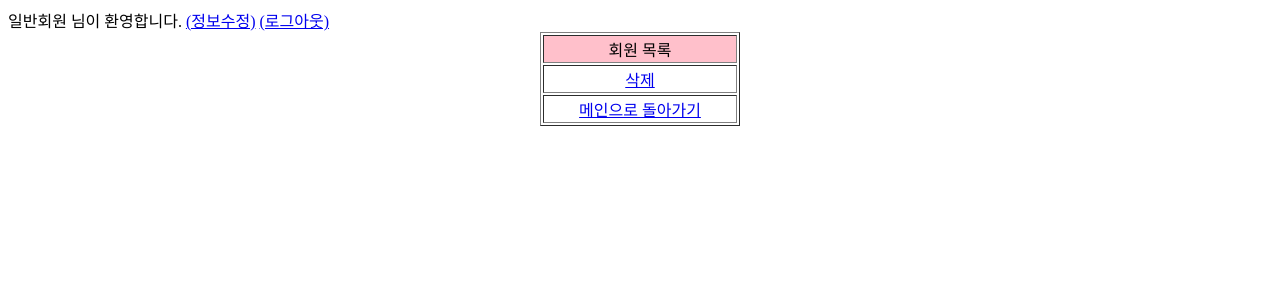
Repository: rumor1993/KH1
Page: http://localhost/Board/member/member_list.jsp
An editor plug-in stored every save of this project. The page is shown before and after the next save, followed by the edit.
The browser window is 1280 px wide. The pictures show the whole page.
The page is served by Tomcat 9.

Above is the page before, as saved 2018-05-08 02:20:49.

After the next save:
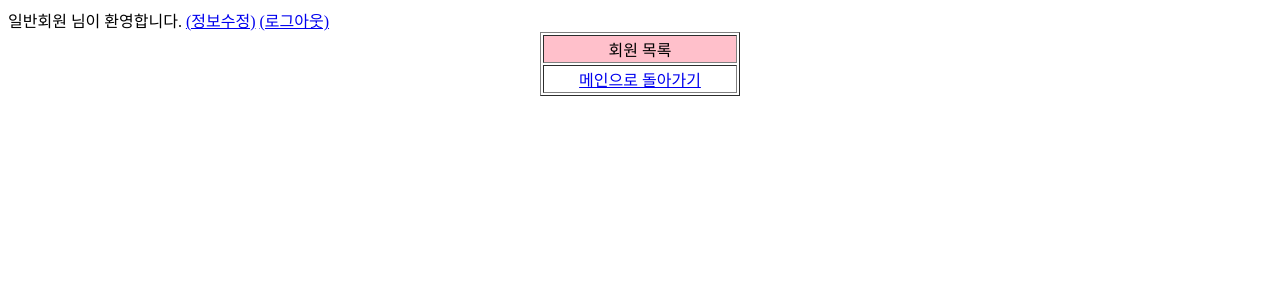
Saved 38 s later.
--- a/Board/WebContent/member/member_list.jsp
+++ b/Board/WebContent/member/member_list.jsp
@@ -40,12 +40,13 @@
 			</tr>
 		</c:forEach>
 
-		<tr>
-		<td>
-			<a href ='delete.net?id=${id }'>삭제</a>
-		</td>
-		</tr>
-
+		<c:forEach var="id" items="${id }">
+			<tr>
+			<td>
+				<a href ='delete.net?id=${id }'>삭제</a>
+			</td>
+			</tr>
+		</c:forEach>
 		<tr>
 			<td colspan=2>
 			<a href='main.net'> 메인으로 돌아가기 </a>
